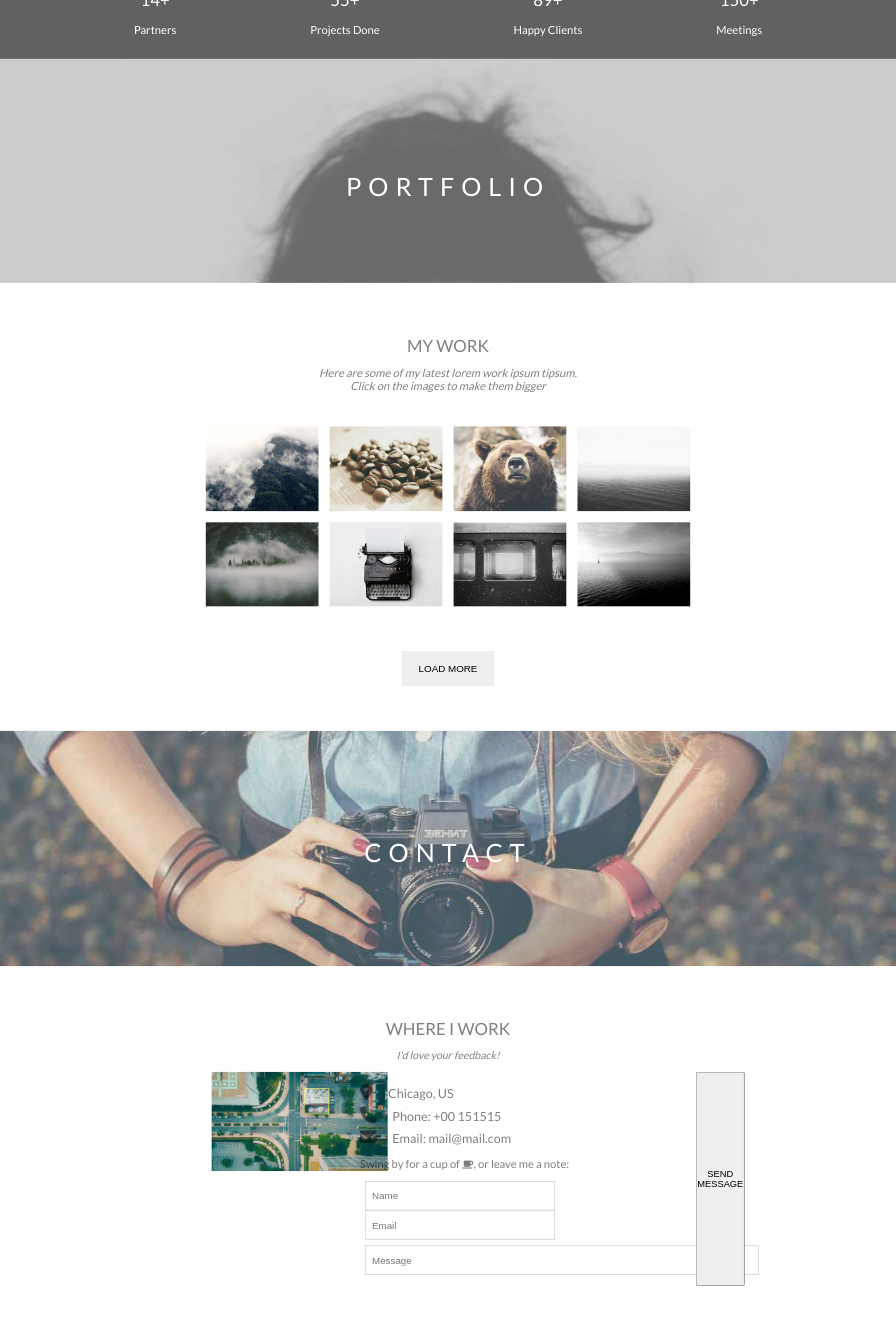
Repository: xd25vn/project-error
Page: index.html
The author's editor kept a copy of each file at every save. The page is drawn from the files as they stood at one save, then again after the next save.
The browser window is 1280 px wide. The pictures show the part of the page from y = 1883 to 3803 px (the page is 3784 px tall before and 3803 px after), at 70% of full size.

Above is the page before, as saved 2023-09-03 18:22:43.

### index.html
<html lang="en">
<head>
    <meta charset="UTF-8">
    <meta name="viewport" content="width=device-width, initial-scale=1.0">
    <title>TEMPLATE PARALLAX</title>
    <link rel="stylesheet" href="./assets/base.css">
    <link rel="stylesheet" href="./assets/main.css">
    <link rel="stylesheet" href="https://fonts.googleapis.com/css?family=Lato">
    <link rel="stylesheet" href="./assets/font/fontawesome-free-6.4.0-web/fontawesome-free-6.4.0-web/css/all.min.css">
</head>
<body>
    <!--! HEADER -->
    <header>
        <!--? NAV -->
        <ul id="nav">
            <li><a href="#">Home</a></li>
            <li><a href="#"><i class="fa-solid fa-user"></i>About</a></li>
            <li><a href="#"><i class="fa fa-th"></i>Portfolio</a></li>
            <li><a href="#"><i class="fa-solid fa-envelope"></i>contact</a></li>
        </ul>
        <div class="nav-icon-search">
            <i class="fa-solid fa-magnifying-glass"></i>
        </div>
        <!--? NAV -->
    </header>
    <!--! HEADER -->
    <!--& SIDEBAR -->
    <div id="sidebar">
        <div class="sidebar-img-one"></div>
        <div class="sidebar-text-one">
            <span>MY WEBSITE LOGO</span>
        </div>
    </div>
    <!-- & SIDEBAR -->
    <div id="content">
        <div id="about">
            <h3 class="heading-section">ABOUT ME</h3>
            <p class="sub-heading-section">I love photography</p>
            <p class="about-section">We have created a fictional "personal" website/blog, and our fictional character is a hobby photographer. Lorem ipsum dolor sit amet, consectetur adipiscing elit, sed do eiusmod tempor incididunt ut labore et dolore magna aliqua. Ut enim ad minim veniam, quis nostrud exercitation ullamco laboris nisi ut aliquip ex ea commodo consequat. Duis aute irure dolor in reprehenderit in voluptate velit esse cillum dolore eu fugiat nulla pariatur. Excepteur sint occaecat cupidatat non proident, sunt in culpa qui officia deserunt mollit anim id est laborum consectetur adipiscing elit, sed do eiusmod tempor incididunt ut labore et dolore magna aliqua. Ut enim ad minim veniam, quis nostrud exercitation ullamco laboris nisi ut aliquip ex ea commodo consequat.</p>

            <div id="per-dec-one">
                <div class="per-img-one">
                    <div class="heading-per-one">
                        <b><i class="fa fa-user w3-margin-right"></i>My Name</b>
                    </div>
                    <br>
                    <div class="per-img">
                        <img src="./assets/image/per-dec-img/avatar_hat.jpg" alt="AVATER HAT">
                    </div>
                </div>

                <div class="per-text-one">
                    <p>Welcome to my website. I am lorem ipsum consectetur adipiscing elit, sed do eiusmod tempor incididunt ut labore et dolore magna aliqua. Ut enim ad minim veniam, quis nostrud exercitation ullamco laboris nisi ut aliquip ex ea commodo consequat. Duis aute irure dolor in reprehenderit in voluptate velit esse cillum dolore eu fugiat nulla pariatur. Excepteur sint occaecat cupidatat non proident, sunt in culpa qui officia deserunt mollit anim id est laborum consectetur adipiscing elit, sed do eiusmod tempor incididunt ut labore et dolore magna aliqua. Ut enim ad minim veniam, quis nostrud exercitation ullamco laboris nisi ut aliquip ex ea commodo consequat.</p>
                </div>
            </div>

            <div class="rate">
                <div class="rate-heading-one">
                        <p>Im really good at:</p>
                </div>
                <div class="wrapper-rate">
                    <div class="rate-section">
                        <div class="rate-section-text-one">
                            <p><i class="fa-solid fa-camera"></i>Photography</p>
                        </div>
                        <div class="rate-section-bg">
                            <div class="rate-section-sub-bg-one">
                                <p>90%</p>
                            </div>
                        </div>
                    </div>

                    <div class="rate-section">
                        <div class="rate-section-text-one">
                            <p><i class="fa-sharp fa-solid fa-desktop"></i>Web Design</p>
                        </div>
                        <div class="rate-section-bg">
                            <div class="rate-section-sub-bg-two">
                                <p>85%</p>
                            </div>
                        </div>
                    </div>

                    <div class="rate-section">
                        <div class="rate-section-text-one">
                            <p><i class="fa-solid fa-image"></i>Photoshop</p>
                        </div>
                        <div class="rate-section-bg">
                            <div class="rate-section-sub-bg-three">
                                <p>75%</p>
                            </div>
                        </div>
                    </div>
                </div>
            </div>
        </div>

        <div class="sum-number">
            <div class="value-section">
                <p class="heading-value">14+</p><br>
                <p>Partners</p>
            </div>

            <div class="value-section">
                <p class="heading-value">55+</p><br>
                <p>Projects Done</p>
            </div>

            <div class="value-section">
                <p class="heading-value">89+</p><br>
                <p>Happy Clients</p>
            </div>

            <div class="value-section">
                <p class="heading-value">150+</p><br>
                <p>Meetings</p>
            </div>
        </div>

        <div class="portfolio">
            <div class="heading-text">
                <p>PORTFOLIO</p>
            </div>
        </div>

        <div id="my-work">
            <div class="heading-work-one">
                <h3>MY WORK</h3>
            </div>

            <div class="sub-heading-work-one">
                <p>Here are some of my latest lorem work ipsum tipsum.<br>
                    Click on the images to make them bigger</p>
            </div>
            <br>
            <div class="work-list-img">
                <div class="work-list-img-one">
                    <div class="work-img-com">
                        <img src="./assets/image/work-list-img/p1.jpg" style="width: 100%;" alt="NONE">
                    </div>

                    <div class="work-img-com">
                        <img src="./assets/image/work-list-img/p2.jpg" style="width: 100%;" alt="NONE">
                    </div>

                    <div class="work-img-com">
                        <img src="./assets/image/work-list-img/p3.jpg" style="width: 100%;" alt="NONE">
                    </div>

                    <div class="work-img-com">
                        <img src="./assets/image/work-list-img/p4.jpg" style="width: 100%;" alt="NONE">
                    </div>
                </div>
                <div class="work-list-img-two">
                    <div class="work-img-com">
                        <img src="./assets/image/work-list-img/p5.jpg" style="width: 100%;" alt="NONE">
                    </div>

                    <div class="work-img-com">
                        <img src="./assets/image/work-list-img/p6.jpg" style="width: 100%;" alt="NONE">
                    </div>

                    <div class="work-img-com">
                        <img src="./assets/image/work-list-img/p7.jpg" style="width: 100%;" alt="NONE">
                    </div>

                    <div class="work-img-com">
                        <img src="./assets/image/work-list-img/p8.jpg" style="width: 100%;" alt="NONE">
                    </div>
                </div>
                <div class="work-btn">
                    <button>LOAD MORE</button>
                </div>
            </div>
        </div>

        <div id="contact">
            <p>CONTACT</p>
        </div>

        <div id="map-work">
            <div class="heading-map">
                <h3>WHERE I WORK</h3>
            </div>
            <div class="sub-heading-map">
                <p>I'd love your feedback!</p>
            </div>

            <div class="inf-map">
                <div class="map-img">
                    <img src="./assets/image/map.jpg" alt="MAP">
                </div>

                <div class="information-control">
                    <div class="inf-hotline">
                        <p><i class="fa-sharp fa-solid fa-location-dot"></i>Chicago, US</p>
                        <p><i class="fa-solid fa-phone phone-inf"></i>Phone: +00 151515</p>
                        <p><i class="fa-solid fa-envelope"></i>Email: mail@mail.com</p>
                    </div>
                    <p class="inf-note">Swing by for a cup of <i class="fa fa-coffee"></i>, or leave me a note:</p>
                    <div class="form-input">
                        <div class="form-control-50">
                            <div class="form-control">
                                <input type="text" placeholder="Name">
                            </div>

                            <div class="form-control">
                                <input type="email" placeholder="Email">
                            </div>
                        </div>

                        <div class="form-control-100">
                            <input type="text" placeholder="Message">
                        </div>
                    </div>
                </div>
                <button>SEND MESSAGE</button>
            </div>
        </div>
    </div>

    <footer id="footer">

    </footer>
</body>
</html>

### assets/base.css
* {
    margin: 0;
    padding: 0;
    box-sizing: border-box;
}
body {
    background-color: #fff;
    font-family: "Lato", sans-serif;
}

### assets/main.css
header {
    height: 43px;
    width: 100%;
    background-color: #fff;
    box-shadow: 0 0 10px rgba(0, 0, 0, 0.6);
    position: fixed;
    z-index: 1;
}

header #nav {
    display: flex;
    list-style: none;
    align-items: center;
    position: relative;
}

header #nav li {
    padding: 14px 16px;
    display: block;
}

header #nav li i {
    padding-right: 4px;
}

header
#nav
li a {
    text-decoration: none;
    color: #000;
    font-size: 15px;
    text-transform: uppercase;
}

header
#nav
li:hover {
    background: #ccc;
    cursor: pointer;
}

header
.nav-icon-search
i {
    position: absolute;
    top: 0;
    right: 0;
    padding: 14px 16px;
    text-align: center;
}

header .nav-icon-search:hover i {
    background-color: #f44336 !important;
    color: #fff;
    display: block;
    cursor: pointer;
}

#sidebar .sidebar-img-one {
    background: url(../assets/image/sidebar1.jpg) center / cover no-repeat;
    padding-top: calc(27% - 10.18px);
    opacity: 0.7;
    position: relative;
}

#sidebar .sidebar-text-one {
    background-color: #000 !important;
    position: absolute;
    padding: 12px 24px;
    left: 50%;
    transform: translateX(-50%);
    top: 23%;
    opacity: 0.8;
}

#sidebar .sidebar-text-one span {
    color: #fff;
    font-size: 24px;
    letter-spacing: 10;
}

#content #about {
    margin: 0px 270px;
    padding: 64px 16px;
}

#content #about .heading-section {
    margin: 10px 0px;
    font-size: 24px;
    font-weight: 400;
    text-align: center;
    opacity: 0.5;
}

#content #about .sub-heading-section {
    margin: 15px 0px;
    font-style: italic;
    text-align: center;
    opacity: 0.5;
}

#content #about .about-section {
    margin: 15px 0px;
    line-height: 1.8;
    opacity: 0.5;
}

#content #per-dec-one {
    display: flex;
}

#content #per-dec-one .per-img-one {
    padding: 12px 24px;
    text-align: center;
}

#content #per-dec-one .per-img-one .heading-per-one {
    margin: 15px 0px;
    font-size: 15px;
    opacity: 0.5;
}

#content #per-dec-one .per-img-one .heading-per-one i {
    padding-right: 8px;
}

#content #per-dec-one .per-img {
    width: 100%;
}

#content #per-dec-one .per-img img {
    height:  284px;
    width: 426px;
    opacity: 0.5;
}

#content #per-dec-one .per-img-one .per-img img:hover {
    opacity: 1;
}

#content #per-dec-one .per-text-one {
    margin: 15px 0;
    padding: 12px 24px;
    opacity: 0.5;
}

#content #per-dec-one .per-text-one p {
    line-height: 1.5;
}

#content .rate .rate-heading-one {
    margin: 18px 0px;
    padding: 16px 0px;
    text-align: center;
}

#content .rate .rate-heading-one p {
    font-size: 19px;
    opacity: 0.5;
}

.rate .rate-section .rate-section-text-one {
    margin: 15px 0;
}

.rate .rate-section .rate-section-text-one p {
    letter-spacing: 10px;
    font-size: 15px;
    opacity: 0.5;
}

.rate .rate-section .rate-section-bg {
    background-color: #f1f1f1;
    width: 100%;
}

.rate .rate-section .rate-section-bg .rate-section-sub-bg-one {
    background-color: #616161;
    width: 90%;
    padding: 6px 8px;
    text-align: center;
}

.rate .rate-section .rate-section-bg .rate-section-sub-bg-two {
    background-color: #616161;
    width: 85%;
    padding: 6px 8px;
    text-align: center;
}

.rate .rate-section .rate-section-bg .rate-section-sub-bg-three {
    background-color: #616161;
    width: 75%;
    padding: 6px 8px;
    text-align: center;
}

.rate .rate-section .rate-section-bg p {
    color: #fff;
}

#content .sum-number {
    display: flex;
    justify-content: space-evenly;
    background-color: #616161;
    padding: 16px 0px;
    text-align: center;
}

#content .sum-number .value-section {
    color: #fff;
    margin: 16px 0px;
}

#content .sum-number .value-section .heading-value {
    font-size: 24px;
}

#content .portfolio {
    background: url(../assets/image/parallax2.jpg) center / cover no-repeat;
    padding-top: 25%;
    width: 100%;
    opacity: 0.8;
    position: relative;
}

#content .portfolio .heading-text {
    position: absolute;
    top: 50%;
    left: 50%;
    transform: translateY(-50%);
    transform: translateX(-50%);
}

#content .portfolio .heading-text p {
    color: #fff;
    font-size: 36px;
    letter-spacing: 10px;
}

#content #my-work {
    margin: 0px 270px;
    padding: 64px 16px;
}

#content #my-work .heading-work-one {
    margin: 10px 0px;
    text-align: center;
}

#content #my-work .heading-work-one h3 {
    font-size: 24px;
    font-weight: 400;
    opacity: 0.5;
}

#content #my-work .sub-heading-work-one {
    text-align: center;
    margin: 15px 0px;
}

#content #my-work .sub-heading-work-one p {
    font-style: italic;
    opacity: 0.5;
}

#content #my-work .work-list-img .work-img-com {
    padding: 0px 8px;
    width: 25%;
}

#content #my-work .work-list-img .work-img-com:hover img {
    opacity: 0.7;
}

#content #my-work .work-list-img .work-list-img-one {
    display: inline-flex;
    margin-top: 15px;
}

#content #my-work .work-list-img .work-list-img-two {
    display: inline-flex;
    margin-top: 16px;
}

#content #my-work .work-btn {
    margin-top: 64px;
    text-align: center;
}

#content #my-work .work-btn button:hover {
    background-color: #ccc;
}

#content #my-work .work-btn button {
    padding: 17px 24px;
    border: none;
    cursor: pointer;
    font-size: 14px;
}

#content #contact {
    background: url(../assets/image/contact.jpg) center / cover no-repeat;
    width: 100%;
    padding-top: calc(27% - 10.18px);
    opacity: 0.8;
    position: relative;
}

#content #contact p {
    position: absolute;
    left: 50%;
    transform: translateX(-50%);
    top: 45%;
    letter-spacing: 10;
    font-size: 36px;
    color: white;
}

#content #map-work {
    margin: 0px 270px;
    padding: 64px 16px;
}

#content #map-work .heading-map {
    margin: 10px 0px;
    text-align: center;
}

#content #map-work .heading-map h3 {
    font-size: 24px;
    opacity: 0.5;
    font-weight: 400;
}

#content #map-work .sub-heading-map {
    margin: 15px 0px;
    text-align: center;
}

#content #map-work .sub-heading-map p {
    font-size: 15px;
    font-style: italic;
    opacity: 0.5;
}

#content #map-work .inf-map {
    display: flex;
}


#content #map-work .inf-map .map-img {
    width: 30%;
}

#content #map-work .inf-map .map-img img {
    width: 284px;
    padding: 0px 16px;
    border-radius: 4px;
}

#content #map-work .inf-map .information-control {
    margin: 16px 0px;
    padding: 0px 16px;
    width: 70%;
}

#content #map-work .inf-map .inf-hotline i {
    margin-right: 22px;
    font-size: 24px;
}

#content #map-work .inf-map .inf-hotline p {
    font-size: 18px;
    opacity: 0.5;
}

#content #map-work .inf-map .inf-hotline .phone-inf {
    margin-top: 8px;
    margin-bottom: 8px;
}

#content #map-work .inf-map .inf-hotline {
    margin-bottom: 16px;
}

#content #map-work .inf-map .information-control .inf-note {
    margin: 15px 0px;
}

#content #map-work .inf-map .information-control .inf-note {
    opacity: 0.5;
}

#content #map-work .inf-map .information-control .inf-note i {
    font-size: 13px;
}

#content #map-work .inf-map .information-control .form-input {
    display: flex;
    flex-wrap: wrap;
}

#content #map-work .inf-map .information-control .form-input .form-control {
    padding: 0px 8px;
    display: inline-flex;
}

#content #map-work .inf-map .information-control .form-input .form-control input {
    padding: 12px 8px;
    border: 1px solid #ccc;
    width: 271px;
    font-size: 14px;
}

#content #map-work .inf-map .information-control .form-input .form-control-100 {
    margin-top: 8px;
    padding: 0px 8px;
}

#content #map-work .inf-map .information-control .form-input .form-control-100 input {
    padding: 12px 8px;
    border: 1px solid #ccc;
    width: 562px;
    font-size: 14px;
}

Loaded but not shown: assets/font/fontawesome-free-6.4.0-web/fontawesome-free-6.4.0-web/css/all.min.css (library)

After the next save:
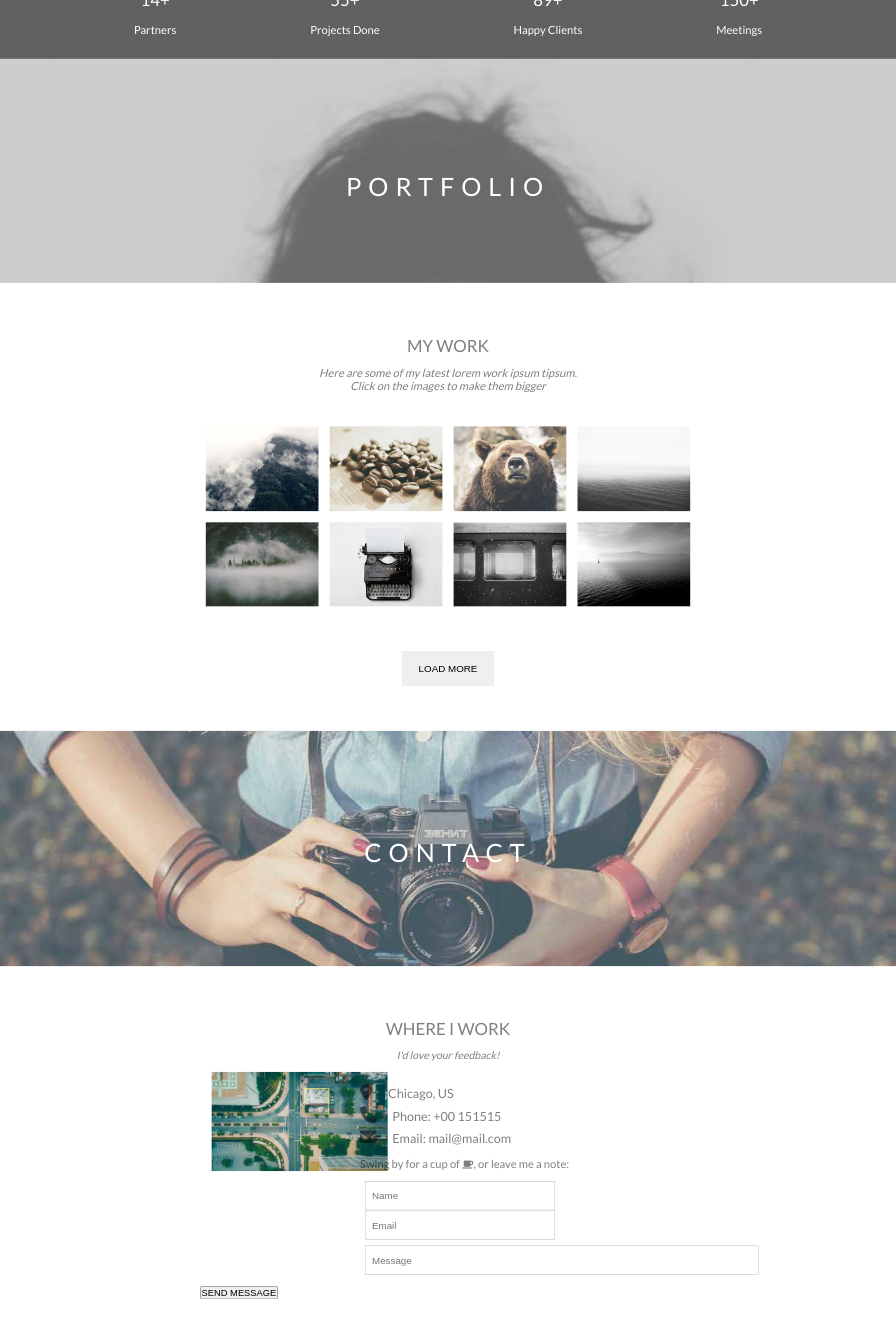
Saved 26 s later.
--- a/index.html
+++ b/index.html
@@ -214,8 +214,9 @@
                         </div>
                     </div>
                 </div>
-                <button>SEND MESSAGE</button>
-            </div>
+
+            </div>
+            <button>SEND MESSAGE</button>
         </div>
     </div>
 
